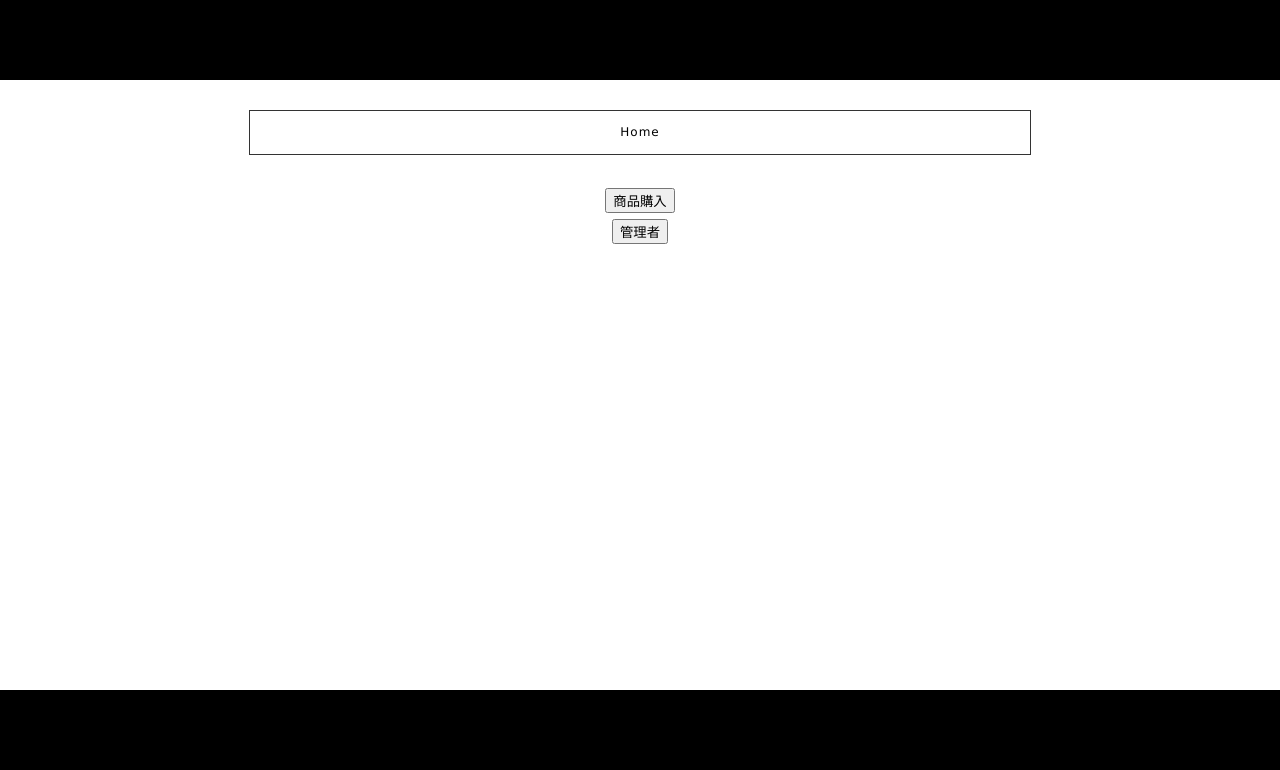
Repository: xiezom/test
Page: http://localhost/ecsite/
The author's editor kept a copy of each file at every save. The page is drawn from the files as they stood at one save, then again after the next save.
The browser window is 1280 px wide. The pictures show the whole page.
The page is served by Tomcat 9.

Above is the page before, as saved 2019-03-12 07:45:30.

After the next save:
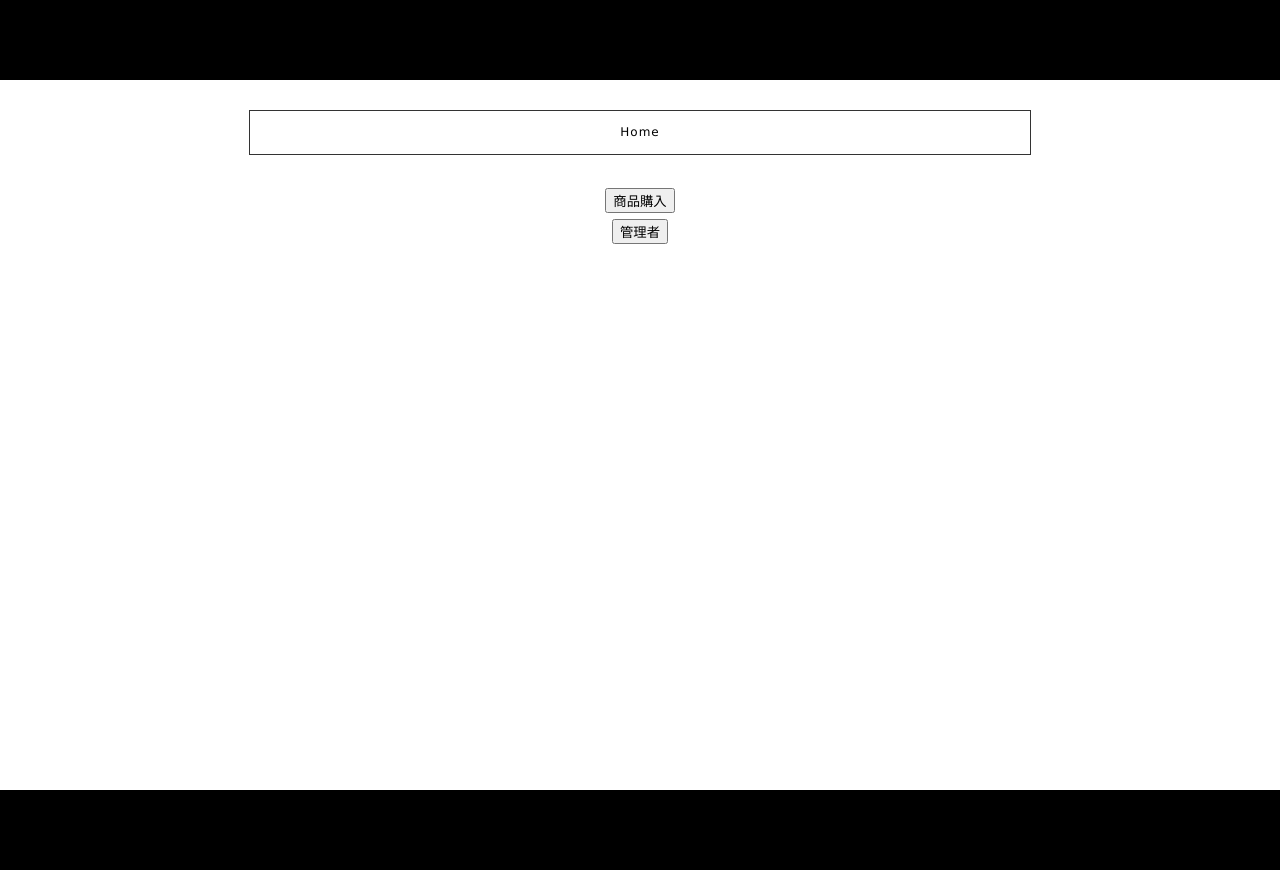
Saved 9 s later.
--- a/ecsite/WebContent/home.jsp
+++ b/ecsite/WebContent/home.jsp
@@ -45,7 +45,7 @@
 
 		.main {
 			width: 100%;
-			height: 580px;
+			height: 680px;
 			text-align: center;
 		}
 
